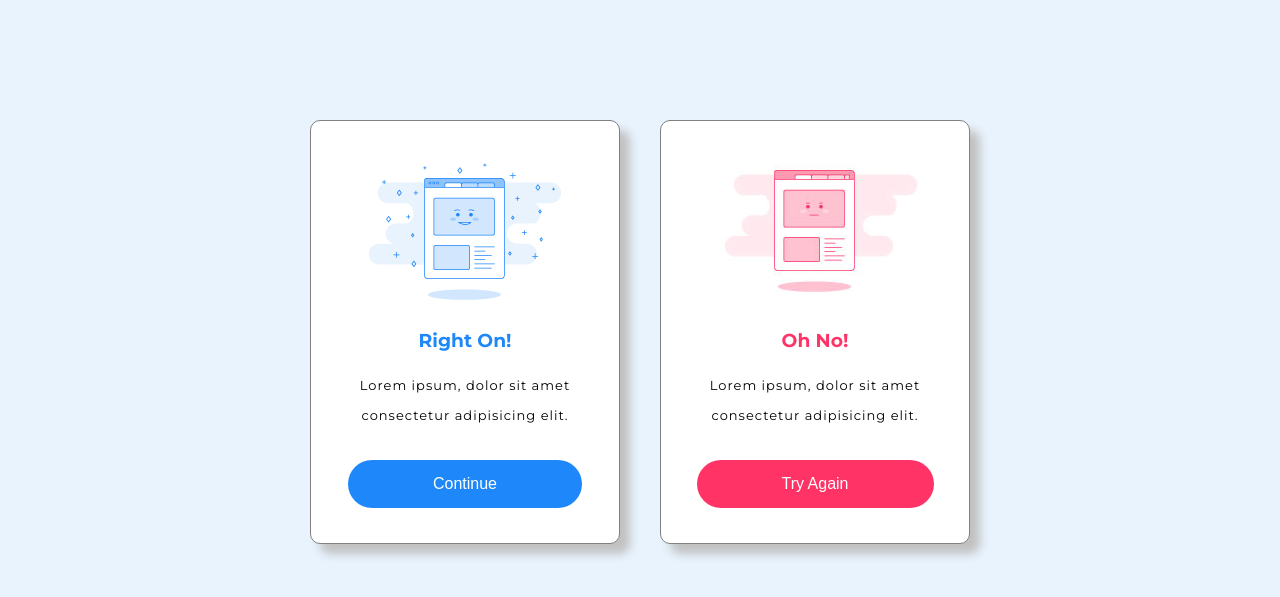
Repository: giahuy405/flash_message_BEM
Page: index.html
The author's editor kept a copy of each file at every save. The page is drawn from the files as they stood at one save, then again after the next save.
The browser window is 1280 px wide. The pictures show the whole page.

Above is the page before, as saved 2022-09-06 02:43:59.

After the next save:
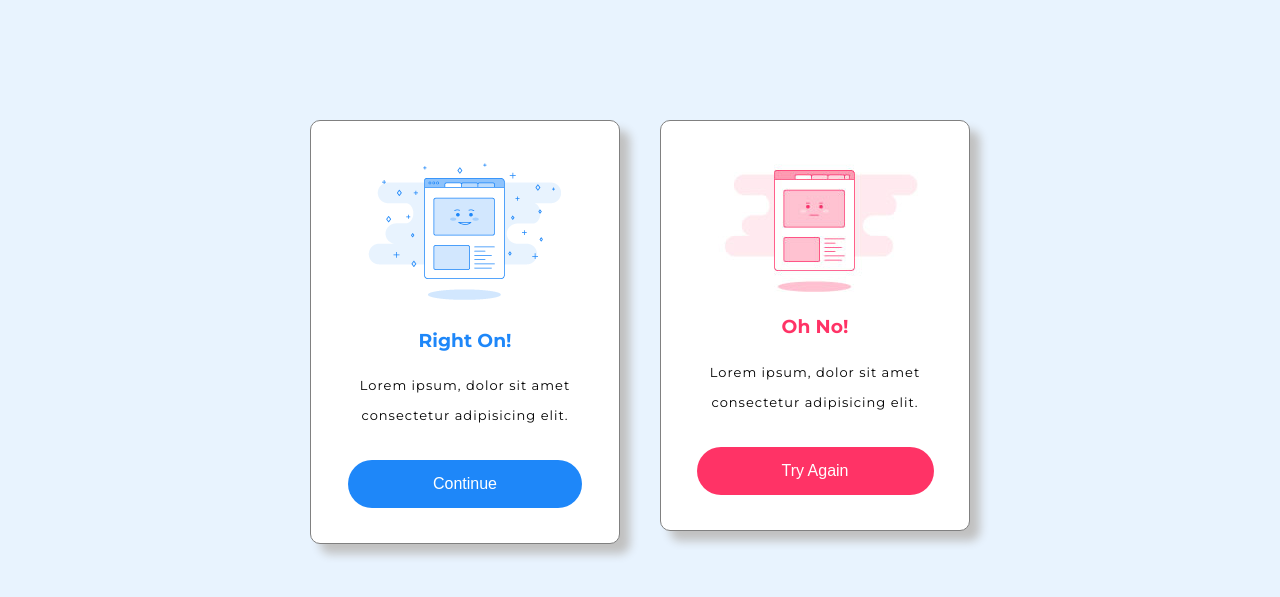
Saved 97 s later.
--- a/css/index.css
+++ b/css/index.css
@@ -32,7 +32,7 @@
 .flash-message__title--blue{
     color: #1e87f9;
 }
-.flash-message__title--pink{
+.flash-message__title--pink h3{
     color: #ff3366;
     margin-top: 5px;
 }

After the save that followed:
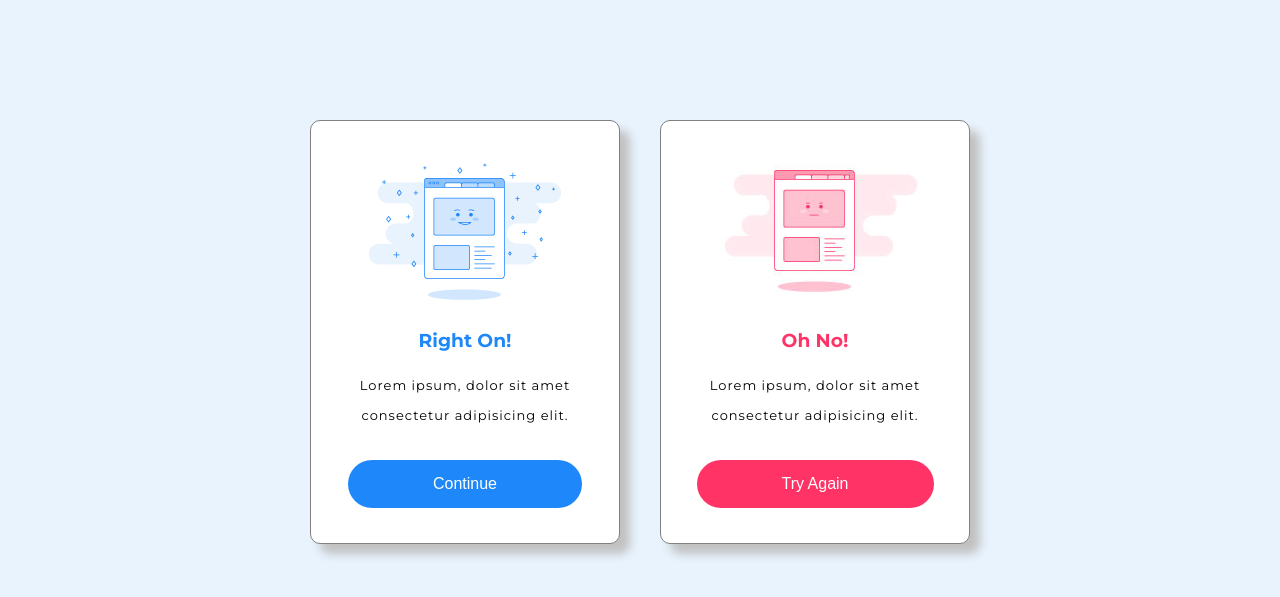
Saved 15 s later.
--- a/css/index.css
+++ b/css/index.css
@@ -34,7 +34,7 @@
 }
 .flash-message__title--pink h3{
     color: #ff3366;
-    margin-top: 5px;
+
 }
 .flash-message__desc{
     font-size: 13px;
